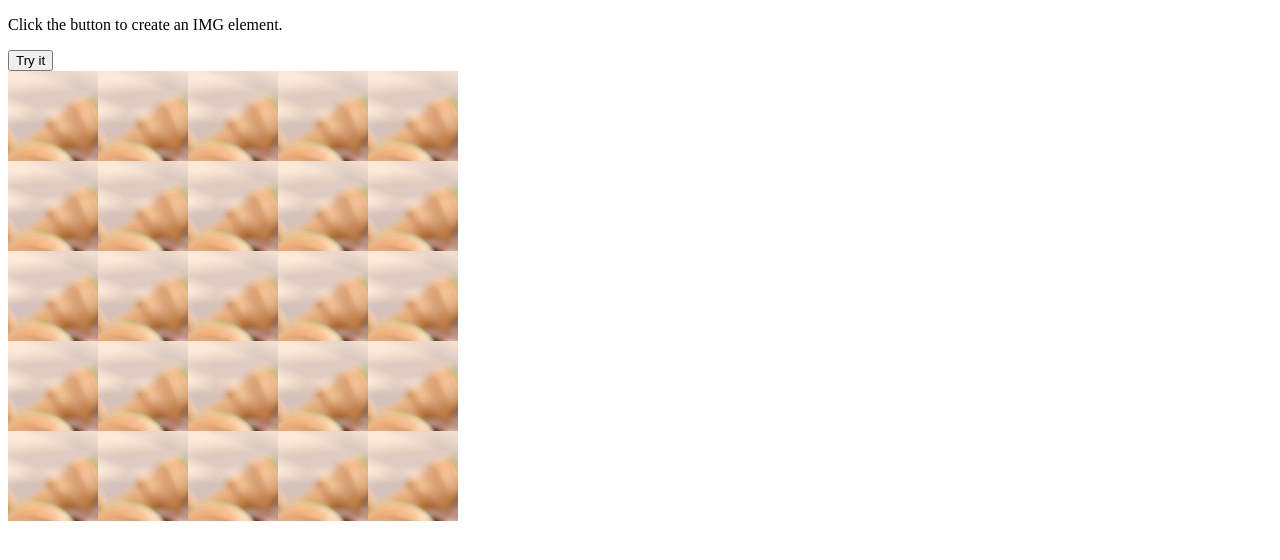
Repository: rashmikagamage/puzzle-vanila-js
Page: index.html
The author's editor kept a copy of each file at every save. The page is drawn from the files as they stood at one save, then again after the next save.
The browser window is 1280 px wide. The pictures show the whole page.
After loading, the first visible `button` was clicked once.

Above is the page before, as saved 2020-08-05 21:40:00.

### index.html
<!DOCTYPE html>
<html>

<head>
    <link rel="stylesheet" type="text/css" href="./style.css">
</head>

<body>

    <p>Click the button to create an IMG element.</p>

    <button onclick="myFunction(5)">Try it</button>
    <div class="gridContainer" id="imgContainer"></div>
    <script src="./function.js">
    </script>

</body>

</html>

### style.css
.gridContainer {
    display: grid;
}

### function.js
function myFunction(num) {

    let cellSize = 450 / num + "px";
    let diff = 100 / num;
    let grid = "";
    let row = num;
    let col = num;
    let idCount = 0
    let xPosition = 80;
    let yPosition = 00;

    for (let i = 0; i < num; i++) {
        grid = grid + cellSize + " ";
    }

    document.getElementById("imgContainer").style.gridTemplateColumns = grid;

    for (let i = 0; i < row; i++) {

        let yPosition = 0;

        for (let j = 0; j < col; j++) {

            var x = document.createElement("div");
            x.style.width = cellSize;
            x.style.height = cellSize;
            x.style.backgroundImage = "url('./chess.jpg')"
            x.style.backgroundPosition = xPosition + "% " + yPosition + "%"
            x.id = "img" + idCount;
            document.getElementById("imgContainer").appendChild(x);
            // yPosition = yPosition + (100/num);
        }
        // xPosition = xPosition + (100/num);
    }
}

After the next save:
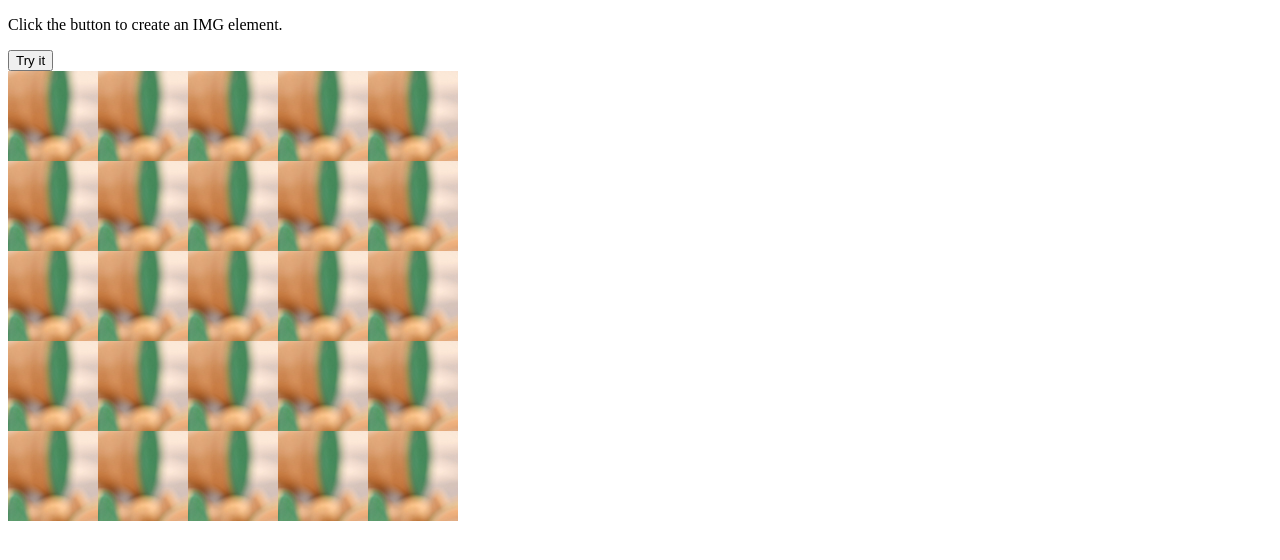
Saved 10 s later.
--- a/function.js
+++ b/function.js
@@ -6,7 +6,7 @@
     let row = num;
     let col = num;
     let idCount = 0
-    let xPosition = 80;
+    let xPosition = 60;
     let yPosition = 00;
 
     for (let i = 0; i < num; i++) {

After the save that followed:
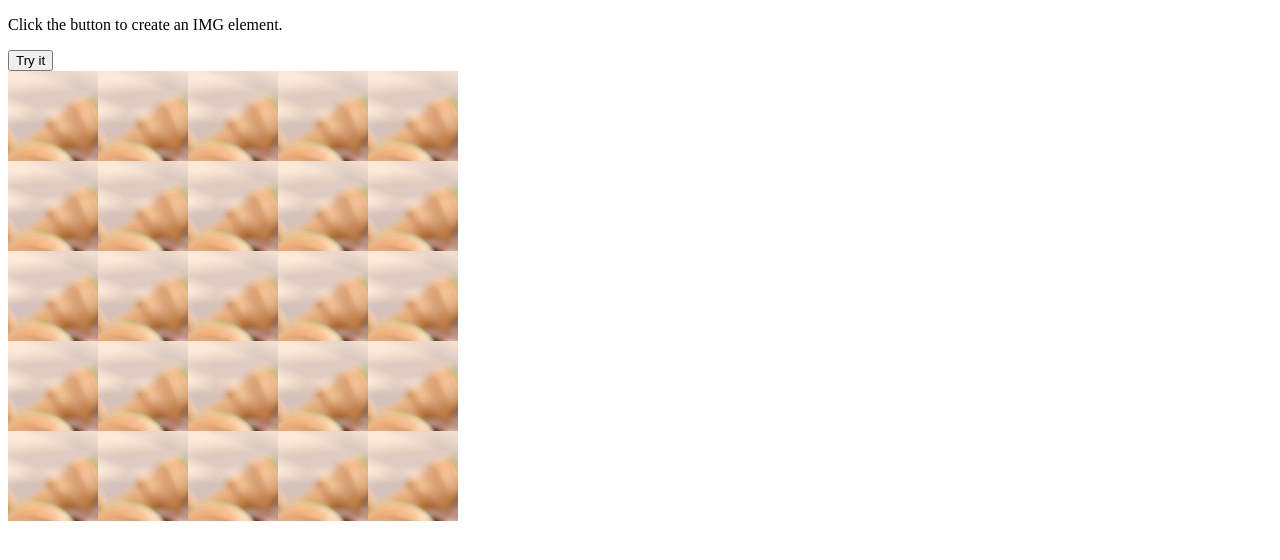
Saved 2 min 15 s later.
--- a/function.js
+++ b/function.js
@@ -6,7 +6,7 @@
     let row = num;
     let col = num;
     let idCount = 0
-    let xPosition = 60;
+    let xPosition = 80;
     let yPosition = 00;
 
     for (let i = 0; i < num; i++) {
